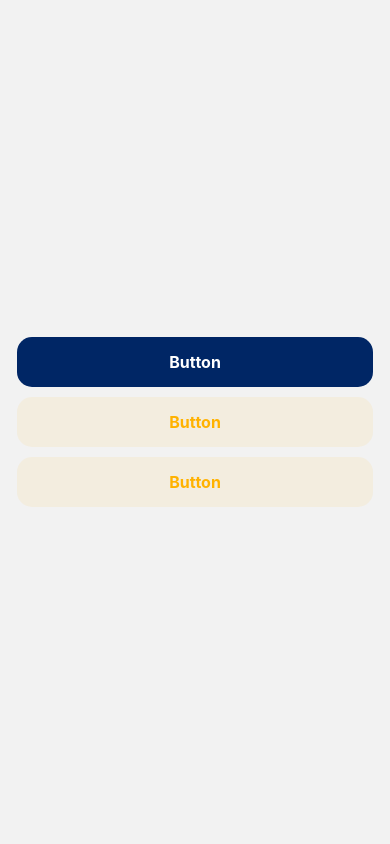
Repository: hungdomanh95/setuptheme
Screen: /
An editor plug-in stored every save of this project. The screen is shown before and after the next save, followed by the edit.
The app was drawn by React Native's web renderer in a window 390 px wide. The project was rebuilt for these pictures with package versions that can differ from the ones it lists, and the page was loaded fresh each time. Also part of the build but not shown: src/components/Fade/index.js, src/components/Slide/index.js.

Above is the screen before, as saved 2022-05-17 10:44:07.

### App.js
import {View, Text} from 'react-native';
import React from 'react';
import RootNavigation from './src/navigation/rootNavigation';

const App = () => {
  return <RootNavigation />;
};

export default App;

### src/navigation/rootNavigation.js
import React from 'react'
import {NavigationContainer} from '@react-navigation/native';
import {createNativeStackNavigator} from '@react-navigation/native-stack';
import {
  HomeScreen,
} from '../screens';
import { SafeAreaProvider } from 'react-native-safe-area-context';

const Stack = createNativeStackNavigator();
const RootNavigation = () => {
  const screenOptions = {
    headerTransparent: true,
    headerShown: false,
  };
  const stackOption = {
    headerShown: true,
    headerBackTitle: '',
    headerTitle: '',
  };
  return (
    <SafeAreaProvider>
      <NavigationContainer>
        <Stack.Navigator screenOptions={screenOptions}>
          <Stack.Screen name="HomeScreen" component={HomeScreen} />
        </Stack.Navigator>
      </NavigationContainer>
    </SafeAreaProvider>
  );
};

export default RootNavigation;

### src/screens/index.js
import HomeScreen from './HomeScreen';
export {HomeScreen};

### src/screens/HomeScreen/index.js
import {View, Text,StyleSheet} from 'react-native';
import React from 'react';
import {color, shadows} from '../../theme';
import { RNButton } from '../../components';

const HomeScreen = () => {
  return (
    <View style={styles.container}>
      <RNButton text="Button" color={color.primary}  />
      <RNButton text="Button" color={color.neural8} colorText={color.neural} />
      <RNButton text="Button" color={color.neural8} colorText={color.neural} />
    </View>
  );
};

export default HomeScreen;
const styles = StyleSheet.create({
  container: {
    flex: 1,
    justifyContent: 'center',
    alignItems: 'center',
  },
});

### src/theme/index.js
import {StyleSheet, Dimensions} from 'react-native';
const {width, height} = Dimensions.get('window');
const width_design = 375;
export const size = {
  width,
  height,
  spacing: 16,
  icon: 24,
  btn1: (width * 343) / width_design,
  btn2: (width * 196) / width_design,
  btn3: (width * 160) / width_design,
};
export const color = {
  primary: '#002665',
  primary80: "rgba(0, 38, 101, 0.8)",
  primary60: "rgba(0, 38, 101, 0.6)",
  primary40: "rgba(0, 38, 101, 0.4)",
  primary24: "rgba(0, 38, 101, 0.24)",
  primary16: "rgba(0, 38, 101, 0.16)",
  primary8: "rgba(0, 38, 101, 0.08)",
  primary4: "rgba(0, 38, 101, 0.04)",
  secondary: '#2567F9',
  secondary50: '#0077FF',
  secondary40: 'rgba(0, 119, 255, 0.4)',
  secondary24: 'rgba(0, 119, 255, 0.24)',
  secondary16: 'rgba(0, 119, 255, 0.16)',
  secondary8: 'rgba(0, 119, 255, 0.08)',
  white: '#FFFFFF',
  white64: 'rgba(255,255,255,0.64)',
  white40: 'rgba(255,255,255,0.4)',
  white24: 'rgba(255,255,255,0.24)',
  white16: 'rgba(255,255,255,0.16)',
  white8: 'rgba(255,255,255,0.08)',
  white4: 'rgba(255,255,255,0.04)',
  yellow: '#FDBE01',
  yellow80: 'rgba(253, 190, 1, 0.8)',
  yellow40: 'rgba(253, 190, 1, 0.4)',
  yellow16: 'rgba(253, 190, 1, 0.16)',
  red: '#DA000B',
  red80: 'rgba(227, 38, 46, 0.8)',
  red40: 'rgba(227, 38, 46, 0.4)',
  red16: 'rgba(227, 38, 46, 0.16)',
  gray: '#6D7E92',
  gray40: '#7689A2',
  gray24: '#B3BDCB',
  gray16: '#DADFE6',
  gray8: '#F9FAFD',
  green: '#18A348',
  green50: '#25C26E',
  green40: 'rgba(37, 194, 110, 0.4)',
  green24: 'rgba(37, 194, 110, 0.24)',
  neural: '#FFB200',
  neural80: 'rgba(255, 178, 0, 0.8)',
  neural40: 'rgba(255, 178, 0, 0.4)',
  neural24: 'rgba(255, 178, 0, 0.24)',
  neural16: 'rgba(255, 178, 0, 0.16)',
  neural8: 'rgba(255, 178, 0, 0.08)',
  orange: '#F44B02',
  orange80: 'rgba(244, 75, 2, 0.8)',
  orange40: 'rgba(244, 75, 2, 0.4)',
  orange8: '#FFECE3',
  infor: '#0289F4',
  infor80: 'rgba(2, 137, 244, 0.8)',
  infor40: 'rgba(2, 137, 244, 0.4)',
  infor10: 'rgba(2, 137, 244, 0.1)',
};
export const text = StyleSheet.create({
  h1: {
    fontSize: 22,
    lineHeight: 33,
  },
  h2: {
    fontSize: 20,
    lineHeight: 30,
  },
  h3: {
    fontSize: 18,
    lineHeight: 27,
  },
  fz16: {
    fontSize: 16,
    lineHeight: 24,
  },
  fz14: {
    fontSize: 14,
    lineHeight: 21,
  },
  fz12: {
    fontSize: 12,
    lineHeight: 18,
  },
  fz10: {
    fontSize: 10,
    lineHeight: 15,
  },
  bold: {
    fontWeight: '700',
  },
  medium: {
    fontWeight: '500',
  },
  regular: {
    fontWeight: '400',
  },
});
export const shadows = StyleSheet.create({
  sh: {
    backgroundColor: '#FFFFFF',
    shadowColor: 'rgba(0, 38, 101, 0.1)',
    shadowOffset: {
      width: 0,
      height: 2,
    },
    shadowOpacity: 2,
    shadowRadius: 5,
    elevation: 5,
  },
});

### src/components/index.js
import Fade from './Fade';
import Slide from './Slide';
import RNButton from './RNButton';
export {Fade, Slide, RNButton};

### src/components/RNButton/index.js
import {StyleSheet, Text, View} from 'react-native';
import React from 'react';
import {color, size, text} from '../../theme';

const RNButton = props => {
  const {text, color} = props;
  const styles = styleWithProps(props);
  return (
    <View style={styles.container}>
      <Text style={styles.text}>{text}</Text>
    </View>
  );
};

const styleWithProps = props =>
  StyleSheet.create({
    container: {
      width: size.btn1,
      height: 50,
      justifyContent: 'center',
      alignItems: 'center',
      backgroundColor: props.color,
      borderRadius: 15,
      marginVertical:5
    },
    text: {
      color: props.colorText || color.white ,
      ...text.fz16,
      ...text.bold,
    },
  });
export default RNButton;

After the next save:
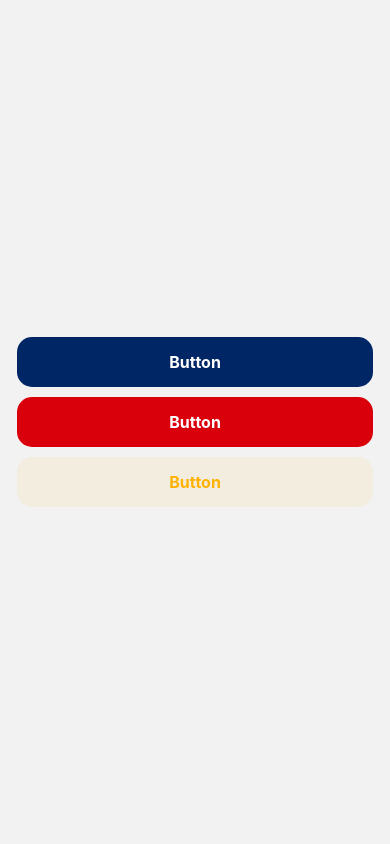
Saved 10 s later.
--- a/src/screens/HomeScreen/index.js
+++ b/src/screens/HomeScreen/index.js
@@ -7,7 +7,7 @@ const HomeScreen = () => {
   return (
     <View style={styles.container}>
       <RNButton text="Button" color={color.primary}  />
-      <RNButton text="Button" color={color.neural8} colorText={color.neural} />
+      <RNButton text="Button" color={color.red} />
       <RNButton text="Button" color={color.neural8} colorText={color.neural} />
     </View>
   );
